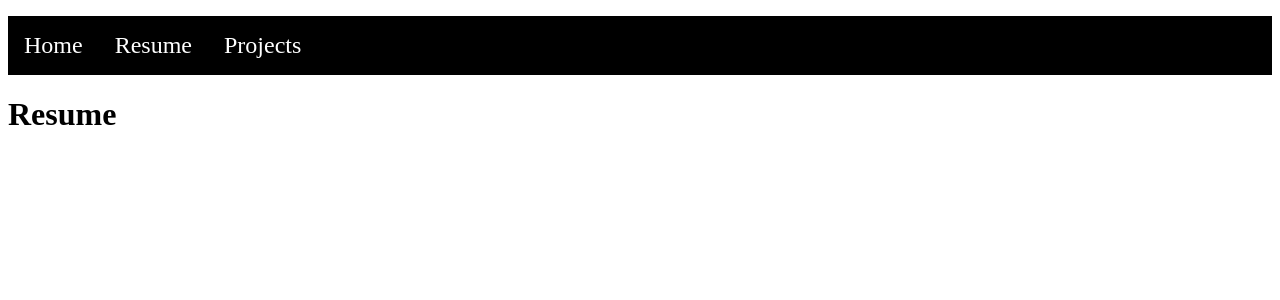
Repository: JamesConner15/JamesConner15.github.io
Page: resume.html
The author's editor kept a record of every edit. The page is drawn from the files as they stood at one moment, then again after the next edit.
The browser window is 1280 px wide. The pictures show the whole page.

Above is the page before.

### resume.html

<!DOCTYPE html>
<html>
  <head>
  <title>Home</title>
  <style>

    .navbar{
      list-style: none;
      background-color: black;
      overflow: hidden;
      padding: 0;
    }

    .navbar a, .dropdown div{
      text-decoration: none;
      color: white;
      font-size: 24px;
      padding: 16px;
      display: inline-block;
    }
    .navbar li{
      float: left;
    }

    .navbar li:hover{
      background-color: pink;
    }

    .dropdown-content{
      list-style: none;
      padding: 0;
      display: none;
      position:absolute;
      z-index:1;
      background-color:black;
    }

    .dropdown-content li{
      float:none;
    }

    .dropdown:hover .dropdown-content{
      display: block;
    }

  </style>

  </head>
  <body>
    <ul class="navbar">
      <li><a href="./">Home</a></li>
      <li class="active"><a href="resume.html">Resume</a></li>
      <li class = "dropdown">
        <div>Projects</div>
        <ul class="dropdown-content">
          <li><a href="#">Project 1</a></li>
          <li><a href="#">Project 2</a></li>
          <li><a href="#">Project 3</a></li>
        </ul>
      </li>

    </ul>

<h1>Resume</h1>
  </body>
</html>

### style.css

    .navbar{
      list-style: none;
      background-color: black;
      overflow: hidden;
      padding: 0;
    }

    .navbar a, .dropdown div{
      text-decoration: none;
      color: white;
      font-size: 24px;
      padding: 16px;
      display: inline-block;
    }
    .navbar li{
      float: left;
    }

    .navbar li:hover{
      background-color: rgb(185, 101, 22);
    }

    .dropdown-content{
      list-style: none;
      padding: 0;
      display: none;
      position:absolute;
      z-index:1;
      background-color:black;
    }

    .dropdown-content li{
      float:none;
    }

    .dropdown:hover .dropdown-content{
      display: block;
    }
.active{
    background-color:green;
}
.imagesize{
    width:250px;
    height:220px;

}

.imagesize2{
    width:250px;
    height:240px;
transform: rotate(90deg);

}

After the next edit:
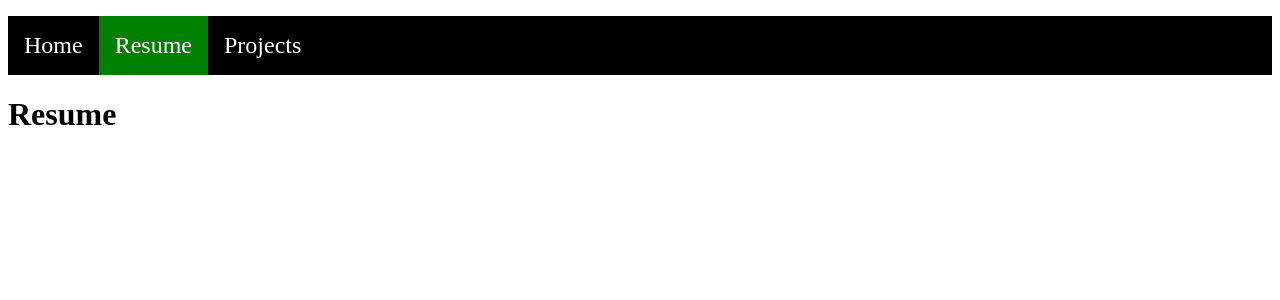
The edit:
--- a/resume.html
+++ b/resume.html
@@ -3,49 +3,7 @@
 <html>
   <head>
   <title>Home</title>
-  <style>
-
-    .navbar{
-      list-style: none;
-      background-color: black;
-      overflow: hidden;
-      padding: 0;
-    }
-
-    .navbar a, .dropdown div{
-      text-decoration: none;
-      color: white;
-      font-size: 24px;
-      padding: 16px;
-      display: inline-block;
-    }
-    .navbar li{
-      float: left;
-    }
-
-    .navbar li:hover{
-      background-color: pink;
-    }
-
-    .dropdown-content{
-      list-style: none;
-      padding: 0;
-      display: none;
-      position:absolute;
-      z-index:1;
-      background-color:black;
-    }
-
-    .dropdown-content li{
-      float:none;
-    }
-
-    .dropdown:hover .dropdown-content{
-      display: block;
-    }
-
-  </style>
-
+  <link rel="stylesheet" type="text/css" href="style.css">
   </head>
   <body>
     <ul class="navbar">
